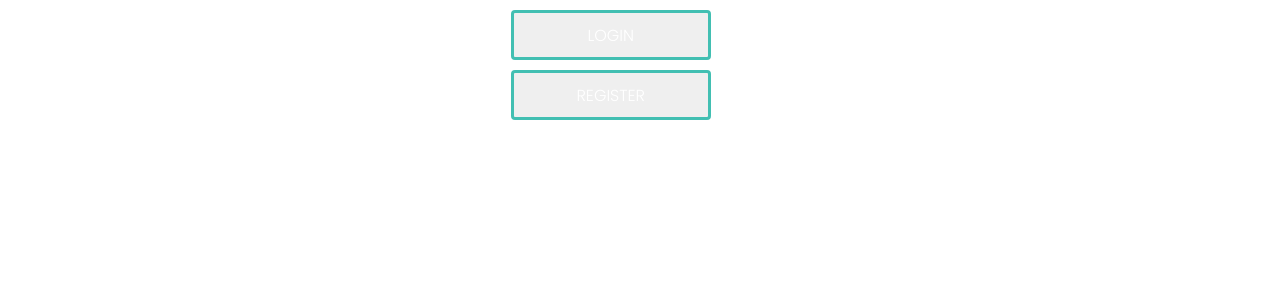
Repository: vu9ar/vu9ar.github.io
Page: WelcomePage/welcome.html
The author's editor kept a copy of each file at every save. The page is drawn from the files as they stood at one save, then again after the next save.
The browser window is 1280 px wide. The pictures show the whole page.

Above is the page before, as saved 2022-03-27 19:19:18.

### WelcomePage/welcome.html
<!DOCTYPE html>
<html>

<head>
    <meta charset="UTF-8">
    <link rel="stylesheet" href="style.css">
    <link rel="preconnect" href="https://fonts.gstatic.com" crossorigin>
    <link href="https://fonts.googleapis.com/css2?family=Poppins:wght@300&display=swap" rel="stylesheet">
    <link href="https://fonts.googleapis.com/css2?family=Poppins:wght@600&display=swap" rel="stylesheet">
    <meta name="viewport" content="width-device-width, initial-scale=1.0">
    <title>TMHL</title>
</head>


<body>

    <div class="intro">
        <h1 class="logo-header">
            <span class="Logo">Mar</span> <span class="Logo">ginal</span>
        </h1>
    </div>

    <form action="../loginRegister/loginForVerified.html">
        <button class="button">LOGIN</button>
    </form>

    <form action="/loginRegister/guestToVerifiedRegister.html">
        <button class="button">REGISTER</button>
    </form>
    <script src="app.js"></script>

</body>


</html>

### WelcomePage/style.css
* {
    margin: 0;
    padding: 0;
    box-sizing: border-box;
    font-family: 'Poppins', sans-serif;
}


/* Splash */

.intro {
    position: fixed;
    z-index: 1;
    left: 0;
    right: 0;
    width: 100%;
    height: 100vh;
    background-color: #161616;
    transition: 1s;
}

.logo-header {
    position: absolute;
    top: 40%;
    left: 50%;
    transform: translate(-50%, -50%);
    color: #ffffff;
}

.Logo {
    position: relative;
    display: inline-block;
    /*left: 0;*/
    bottom: -20px;
    opacity: 0;
}

.Logo.active {
    bottom: 0;
    opacity: 1;
    transition: ease-in-out 0.5s;
}

.Logo.fade {
    bottom: 150px;
    opacity: 0;
    transition: ease-in-out 0.5;
}

.button {
    width: 200px;
    height: 50px;
    left: 39.9%;
    margin-top: 10px;
    bottom: 50%;
    border: none;
    color: white;
    border-radius: 4px;
    transition: ease-out 0.3s;
    font-size: 1rem;
    outline: none;
    border: 3px solid #42BFB2;
    position: relative;
    z-index: 1;
}

.button:hover {
    color: #ffffff;
    cursor: pointer;
}

.button:before {
    transition: 0.5s all ease;
    position: absolute;
    top: 0;
    left: 50%;
    right: 50%;
    bottom: 0;
    opacity: 0;
    content: "";
    background-color: #42BFB2;
}

.button:hover:before {
    transition: 0.5s all ease;
    left: 0;
    right: 0;
    opacity: 1;
    z-index: -1;
}

### WelcomePage/app.js
let intro = document.querySelector('.intro');
let logo = document.querySelector('.logo-header');
let logoSpan = document.querySelectorAll('.Logo');
let button = document.querySelectorAll('.button');

window.addEventListener('DOMContentLoaded', () => {

    setTimeout(() => {

        logoSpan.forEach((span, idx) => {
            setTimeout(() => {
                span.classList.add('active');
            }, (idx + 1) * 400);
        });

        setTimeout(() => {
            logoSpan.forEach((span, idx) => {

                setTimeout(() => {
                    span.classList.remove('active');
                    span.classList.add('fade');
                }, (idx + 1) * 50);
            })
        }, 2000);


        setTimeout(() => {
            intro.style.top = '-100vh';
        }, 2300);

        button.forEach((span, idx) => {
            setTimeout(() => {
                span.classList.add('hover');
            }, (idx + 1) * 400);
        });

        setTimeout(() => {
            button.forEach((span, idx) => {

                setTimeout(() => {
                    span.classList.remove('active');
                    span.classList.add('fade');
                }, (idx + 1) * 50);
            })
        }, 2000);


        setTimeout(() => {
            intro.style.top = '-100vh';
        }, 2300);

    });
});

After the next save:
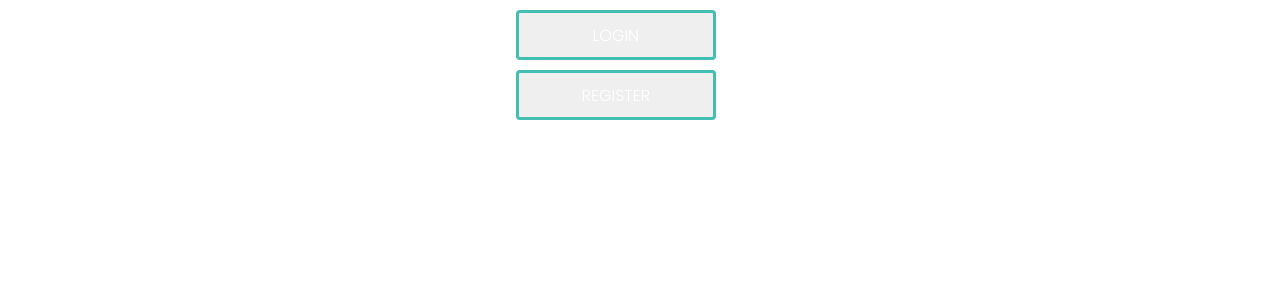
Saved 8 s later.
--- a/WelcomePage/style.css
+++ b/WelcomePage/style.css
@@ -50,7 +50,7 @@
 .button {
     width: 200px;
     height: 50px;
-    left: 39.9%;
+    left: 40.3%;
     margin-top: 10px;
     bottom: 50%;
     border: none;
